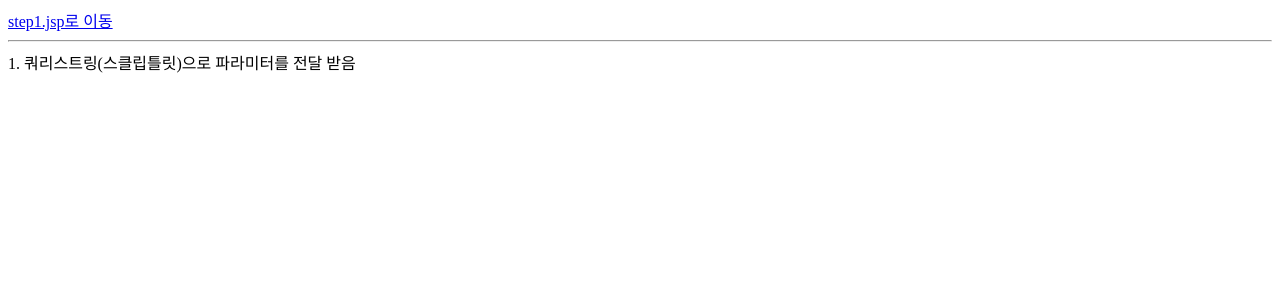
Repository: dhalfks/jsp
Page: http://localhost/web_study/step2.jsp
An editor plug-in stored every save of this project. The page is shown before and after the next save, followed by the edit.
The browser window is 1280 px wide. The pictures show the whole page.
The page is served by Tomcat 9.

Above is the page before, as saved 2022-08-16 03:08:26.

### _jspworkspace(jstl)/web_study/src/main/webapp/step2.jsp
<%@ page language="java" contentType="text/html; charset=UTF-8"
    pageEncoding="UTF-8"%>
<!DOCTYPE html>
<html>
<head>
<meta charset="UTF-8">
<title>EL param 연습 2</title>
</head>
<body>
	<a href="step1.jsp">step1.jsp로 이동</a>
	<hr>
	1. 쿼리스트링(스클립틀릿)으로 파라미터를 전달 받음 <br>

</body>
</html>

After the next save:
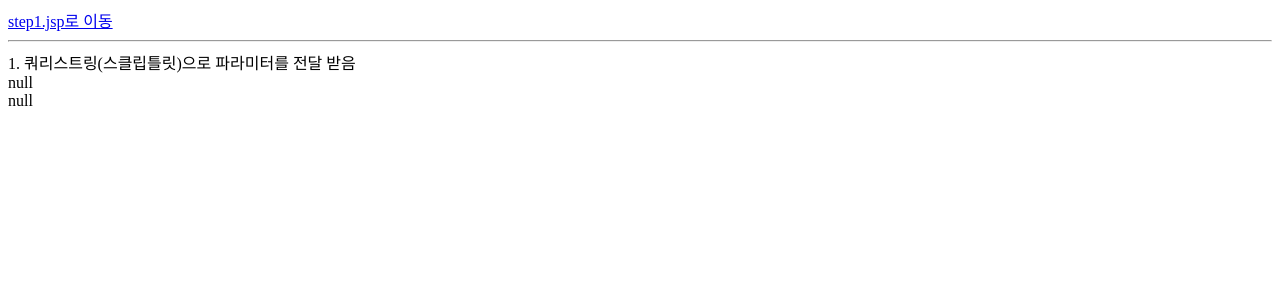
Saved 101 s later.
--- a/_jspworkspace(jstl)/web_study/src/main/webapp/step2.jsp
+++ b/_jspworkspace(jstl)/web_study/src/main/webapp/step2.jsp
@@ -10,6 +10,11 @@
 	<a href="step1.jsp">step1.jsp로 이동</a>
 	<hr>
 	1. 쿼리스트링(스클립틀릿)으로 파라미터를 전달 받음 <br>
+	<%=request.getParameter("name") %><br>
+	<%=request.getParameter("address") %><br>
+	<br>
+
+
 
 </body>
 </html>
